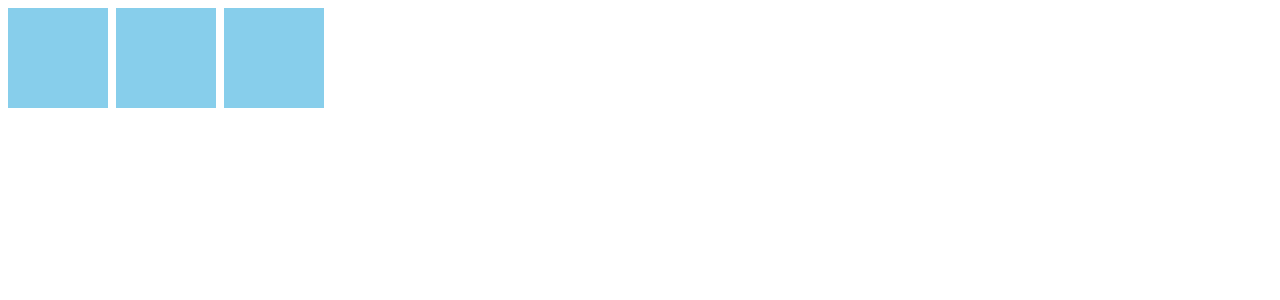
Repository: kojimayu/First-time-JavaScript
Page: index.html
An editor plug-in stored every save of this project. The page is shown before and after the next save, followed by the edit.
The browser window is 1280 px wide. The pictures show the whole page.

Above is the page before, as saved 2019-04-02 18:38:33.

After the next save:
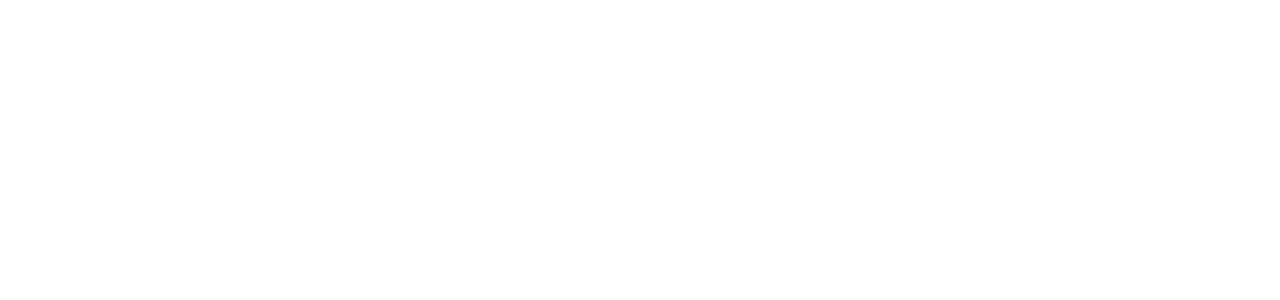
Console error (its wording comes from the project's code and is left out).
Saved 6 min 9 s later.
--- a/index.html
+++ b/index.html
@@ -27,26 +27,17 @@
 </head>
 
 <body>
-    <div id="target1" class="box"></div>
-    <div id="target2" class="box"></div>
-    <div id="target3" class="box"></div>
+
 
     <script>
         'use strict';
+        const div = document.createElement('div')
+        div.classList.add('click',function() {
+            div.classList.toggle('circle');
+        });
 
-        const target1 = document.getElementById('target1');
-        const target2 = document.getElementById('target2');
-        const target3 = document.getElementById('target3');
+        document.body.appendChild(div);
 
-        target1.addEventListener('click', function () {
-            target1.classList.toggle('circle');
-        })
-        target2.addEventListener('click', function () {
-            target2.classList.toggle('circle');
-        })
-        target3.addEventListener('click', function () {
-            target3.classList.toggle('circle');
-        })
     </script>
 </body>
 

After the 2 saves that followed:
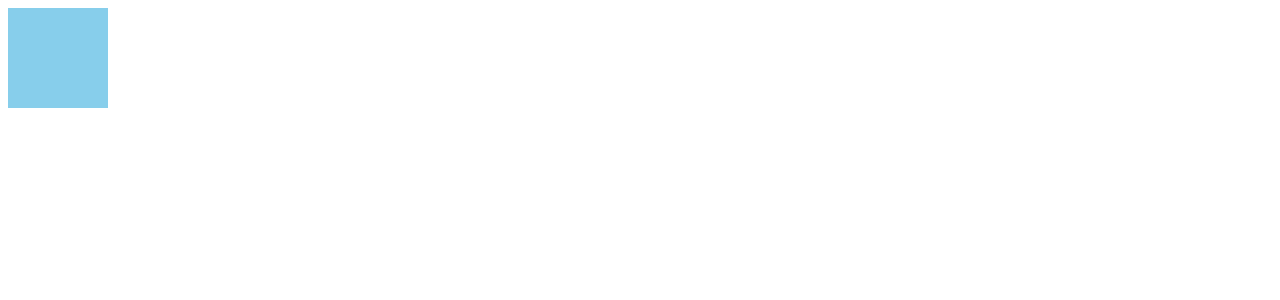
The error is gone.
The 2 saves are shown as one change because 1 left the picture as it was.
The last was saved 2 min 27 s later.
--- a/index.html
+++ b/index.html
@@ -9,6 +9,7 @@
             display: flex;
             flex-wrap: wrap;
         }
+
         .box {
             width: 100px;
             height: 100px;
@@ -31,8 +32,9 @@
 
     <script>
         'use strict';
-        const div = document.createElement('div')
-        div.classList.add('click',function() {
+        const div = document.createElement('div');
+        div.classList.add('box')
+        div.addEventListener('click', function() {
             div.classList.toggle('circle');
         });
 
